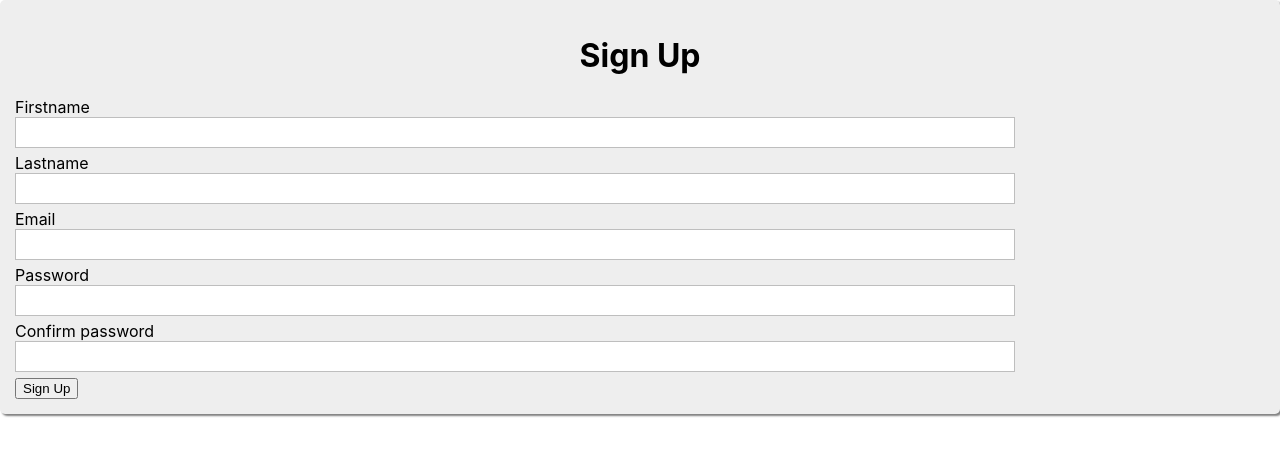
Repository: khamraeva/JSP-homework1-sighup
Page: /
The author's editor kept a copy of each file at every save. The page is drawn from the files as they stood at one save, then again after the next save.
The browser window is 1280 px wide. The pictures show the whole page.
The project was rebuilt for these pictures with package versions that can differ from the ones it lists, and the page was loaded fresh each time.

Above is the page before, as saved 2020-07-22 16:58:06.

After the next save:
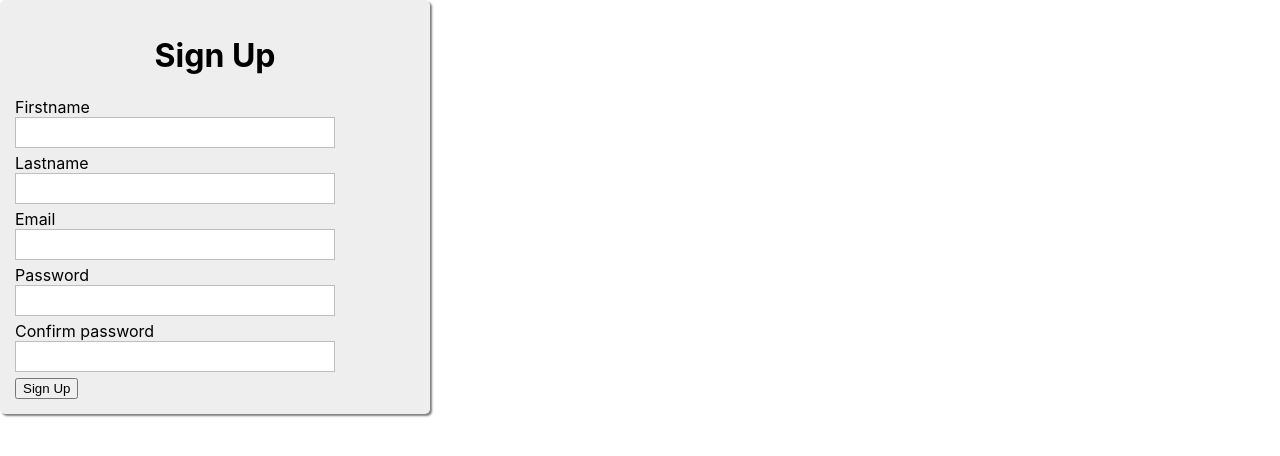
Saved 38 s later.
--- a/src/App.css
+++ b/src/App.css
@@ -1,5 +1,5 @@
-.App {
+/* .App {
     display: flex;
     align-items: center;
     justify-content: center;
-}
+} */
